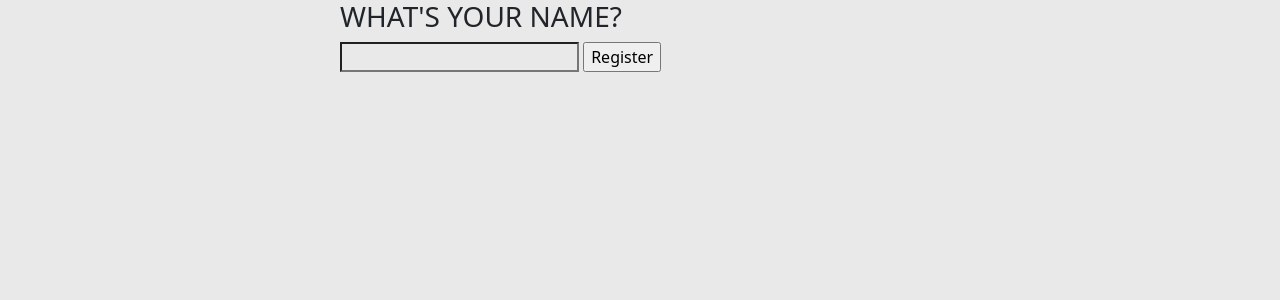
Repository: haimy125/demo_chat
Page: http://localhost/
These files come from the project's save history. The page is drawn as it stood at one moment and after the next save; the edit follows.
The browser window is 1280 px wide. The pictures show the whole page.
The page is served by the project's Node server (DEMO_CHAT_SOCKETIO/SERVER.js).

Above is the page before, as saved 2021-08-29 15:25:42.

### DEMO_CHAT_SOCKETIO/views/trangchu.ejs
<!DOCTYPE html>
<html lang="en">

<head>
    <meta charset="UTF-8">
    <meta http-equiv="X-UA-Compatible" content="IE=edge">
    <meta name="viewport" content="width=device-width, initial-scale=1.0">
    <title>demo chat</title>
    <link href="https://cdn.jsdelivr.net/npm/bootstrap@5.0.2/dist/css/bootstrap.min.css" rel="stylesheet" integrity="sha384-EVSTQN3/azprG1Anm3QDgpJLIm9Nao0Yz1ztcQTwFspd3yD65VohhpuuCOmLASjC" crossorigin="anonymous">
    <script src="https://cdn.jsdelivr.net/npm/@popperjs/core@2.9.2/dist/umd/popper.min.js" integrity="sha384-IQsoLXl5PILFhosVNubq5LC7Qb9DXgDA9i+tQ8Zj3iwWAwPtgFTxbJ8NT4GN1R8p" crossorigin="anonymous"></script>
    <script src="https://cdn.jsdelivr.net/npm/bootstrap@5.0.2/dist/js/bootstrap.min.js" integrity="sha384-cVKIPhGWiC2Al4u+LWgxfKTRIcfu0JTxR+EQDz/bgldoEyl4H0zUF0QKbrJ0EcQF" crossorigin="anonymous"></script>

    <script src="jquery.js"></script>
    <script src="socket.io/socket.io.js"></script>
    <link rel="stylesheet" href="layout.css">
    <script src="xuly.js">
    </script>
</head>

<body>
    <div id="wrapper">
        <div id="loginForm">
            <h3>WHAT'S YOUR NAME?</h3>
            <input type="text" id="txtUsername">
            <input type="button" value="Register" id="btnRegister" />
        </div>
        <div id="chatForm"></div>
    </div>
</body>

</html>

### DEMO_CHAT_SOCKETIO/SERVER.js
var express = require('express'); //phai require thu vien express moi chay
var app = express(); //khai bao server
app.use(express.static("public")); //can file js, css nen khai bao the nay de all file trong public la khach hang truy cap duoc het

app.set("view engine", "ejs"); //
app.set("views", "./views");
var server = require('http').Server(app); //dựng server
var io = require('socket.io')(server);
server.listen(3000);


app.get('/', function(req, res) {
    res.render('trangchu');
});

### DEMO_CHAT_SOCKETIO/public/layout.css
body {
    background-color: #e9e9e9;
}

#wrapper {
    width: 600px;
    margin: 0 auto;
}

#txtUsername {
    background-color: transparent;
    border-width: 0 0 1 0;
}

### DEMO_CHAT_SOCKETIO/public/xuly.js
$(document).ready(function() {
    // alert('a');
});

Loaded but not shown: DEMO_CHAT_SOCKETIO/public/jquery.js (library)

After the next save:
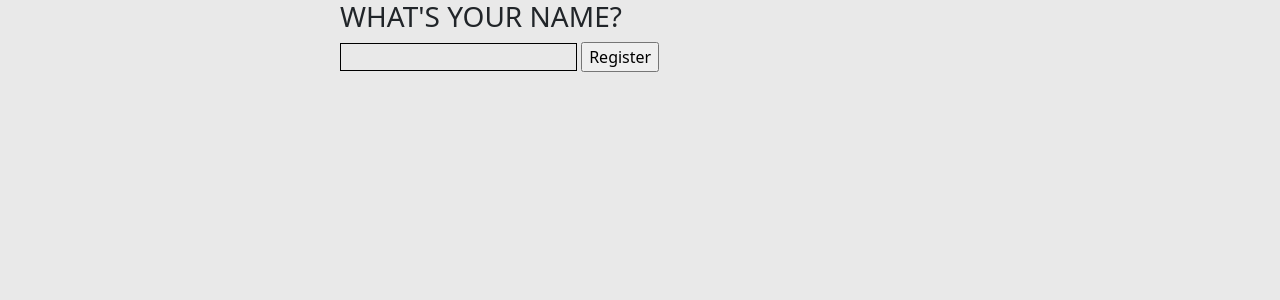
Saved 26 s later.
--- a/DEMO_CHAT_SOCKETIO/public/layout.css
+++ b/DEMO_CHAT_SOCKETIO/public/layout.css
@@ -9,5 +9,6 @@ body {
 
 #txtUsername {
     background-color: transparent;
+    border: solid 1px;
     border-width: 0 0 1 0;
 }
